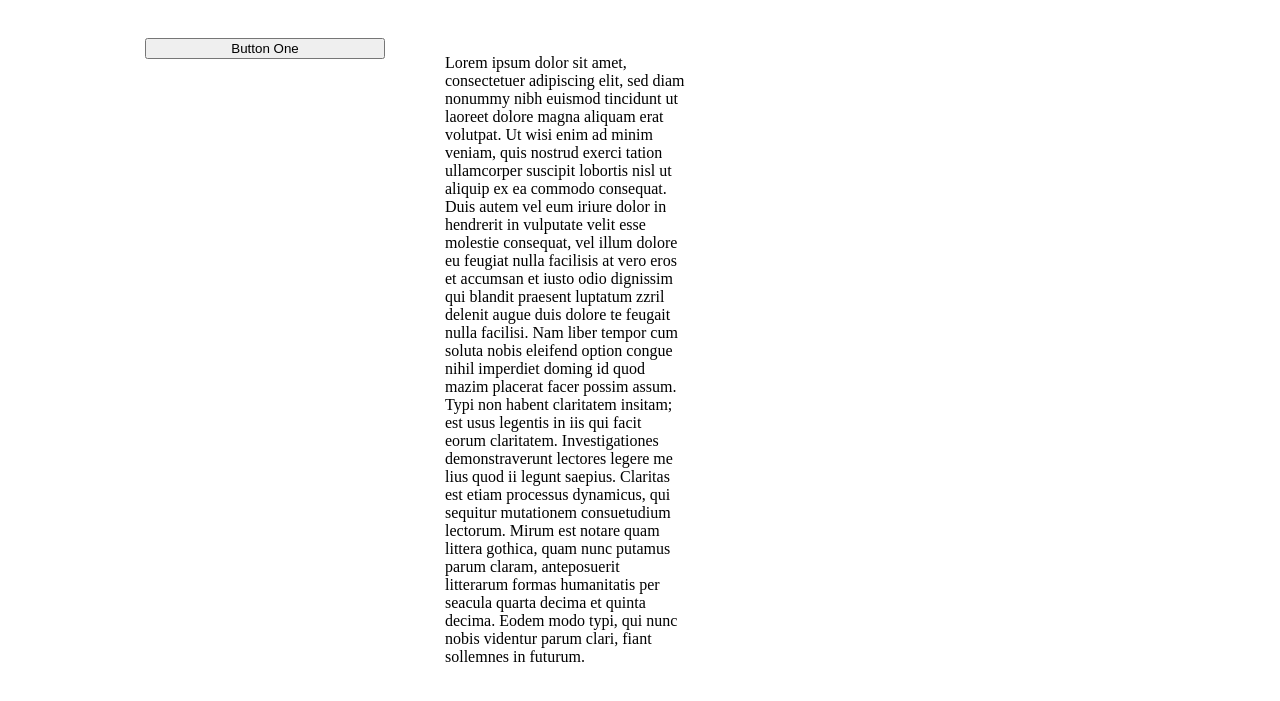
Repository: isiko1/the_importance_of_this
Page: index.html
The author's editor kept a record of every edit. The page is drawn from the files as they stood at one moment, then again after the next edit.
The browser window is 1280 px wide. The pictures show the whole page.

Above is the page before.

### index.html
<!DOCTYPE html>
<html lang="en">
<head>
    <meta charset="UTF-8">
    <meta name="viewport" content="width=device-width, initial-scale=1.0">
    <meta http-equiv="X-UA-Compatible" content="ie=edge">
    <link rel="stylesheet" href="css/style.css" type="text/css" />
    <script type="text/javascript" src="js/jquery-3.4.1.js"></script>
    <title>Document</title>
</head>
<body>
    <div id ="container">
        <div class="card">
           <button>Button One</button>
        </div>
        <div class="card">
            <p>Lorem ipsum dolor sit amet, consectetuer adipiscing elit,
            sed diam nonummy nibh euismod tincidunt ut laoreet dolore
            magna aliquam erat volutpat. Ut wisi enim ad minim veniam,
            quis nostrud exerci tation ullamcorper suscipit lobortis nisl
            ut aliquip ex ea commodo consequat. Duis autem vel eum iriure
            dolor in hendrerit in vulputate velit esse molestie consequat,
            vel illum dolore eu feugiat nulla facilisis at vero eros et
            accumsan et iusto odio dignissim qui blandit praesent luptatum
            zzril delenit augue duis dolore te feugait nulla facilisi.
            Nam liber tempor cum soluta nobis eleifend option congue
            nihil imperdiet doming id quod mazim placerat facer possim
            assum. Typi non habent claritatem insitam; est usus legentis
            in iis qui facit eorum claritatem. Investigationes
            demonstraverunt lectores legere me lius quod ii legunt saepius.
            Claritas est etiam processus dynamicus, qui sequitur mutationem
            consuetudium lectorum. Mirum est notare quam littera gothica,
            quam nunc putamus parum claram, anteposuerit litterarum formas
            humanitatis per seacula quarta decima et quinta decima. Eodem
            modo typi, qui nunc nobis videntur parum clari, fiant sollemnes
            in futurum.</p>
        </div>
    </div>
    <script type="text/javascript" src="js/script.js"></script>
</body>
</html>

### css/style.css
#container {
    display: flex; /* makes container a flexbox */
    flex-flow: row-wrap; /* layout the rows and wrap them */
    box-sizing: border-box;
    margin-right: auto;
    margin-left: auto;
    max-width: 1050px;
}
.card {
    flex: 1; /* make contents controllable by flexbox */
    display:flex;
    flex-flow: column;
    max-width: 240px;
    margin: 10px;
    padding: 20px;
    background-color: #fff;
}

Loaded but not shown: js/jquery-3.4.1.js (library); js/script.js (no copy from this time; the picture is the same without it)

After the next edit:
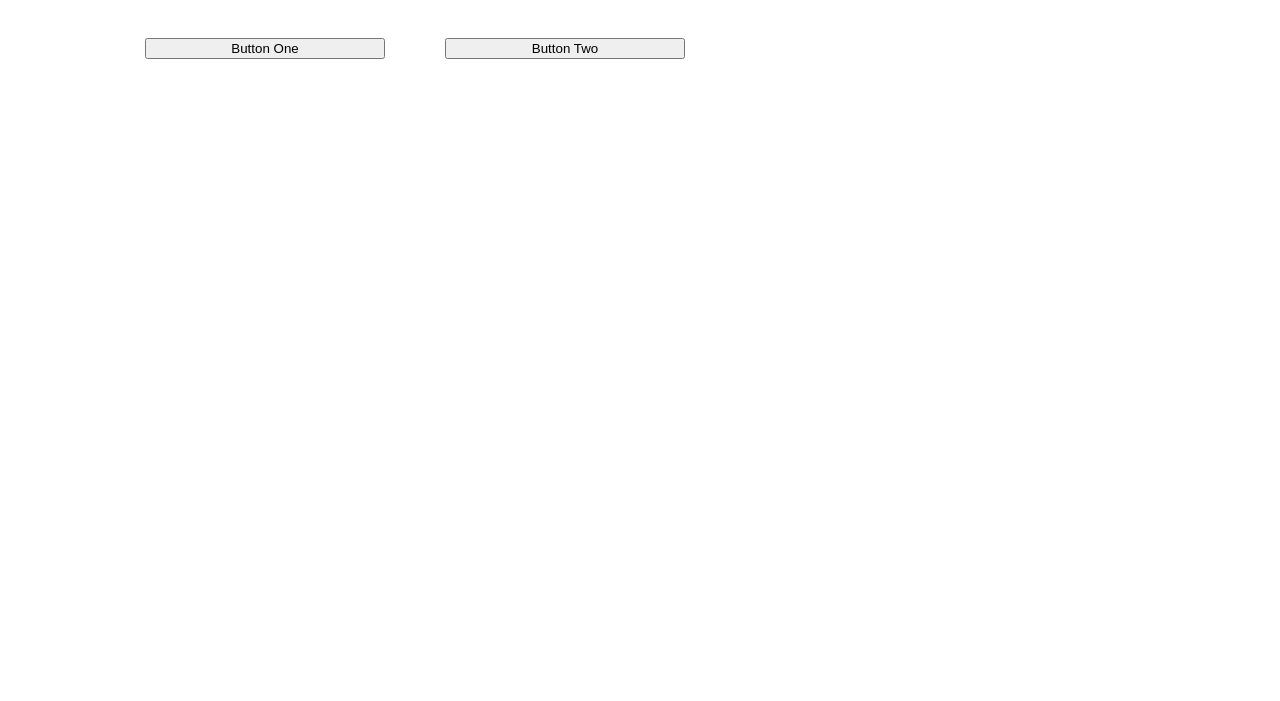
The edit:
--- a/index.html
+++ b/index.html
@@ -14,26 +14,7 @@
            <button>Button One</button>
         </div>
         <div class="card">
-            <p>Lorem ipsum dolor sit amet, consectetuer adipiscing elit,
-            sed diam nonummy nibh euismod tincidunt ut laoreet dolore
-            magna aliquam erat volutpat. Ut wisi enim ad minim veniam,
-            quis nostrud exerci tation ullamcorper suscipit lobortis nisl
-            ut aliquip ex ea commodo consequat. Duis autem vel eum iriure
-            dolor in hendrerit in vulputate velit esse molestie consequat,
-            vel illum dolore eu feugiat nulla facilisis at vero eros et
-            accumsan et iusto odio dignissim qui blandit praesent luptatum
-            zzril delenit augue duis dolore te feugait nulla facilisi.
-            Nam liber tempor cum soluta nobis eleifend option congue
-            nihil imperdiet doming id quod mazim placerat facer possim
-            assum. Typi non habent claritatem insitam; est usus legentis
-            in iis qui facit eorum claritatem. Investigationes
-            demonstraverunt lectores legere me lius quod ii legunt saepius.
-            Claritas est etiam processus dynamicus, qui sequitur mutationem
-            consuetudium lectorum. Mirum est notare quam littera gothica,
-            quam nunc putamus parum claram, anteposuerit litterarum formas
-            humanitatis per seacula quarta decima et quinta decima. Eodem
-            modo typi, qui nunc nobis videntur parum clari, fiant sollemnes
-            in futurum.</p>
+           <button>Button Two</button>
         </div>
     </div>
     <script type="text/javascript" src="js/script.js"></script>
